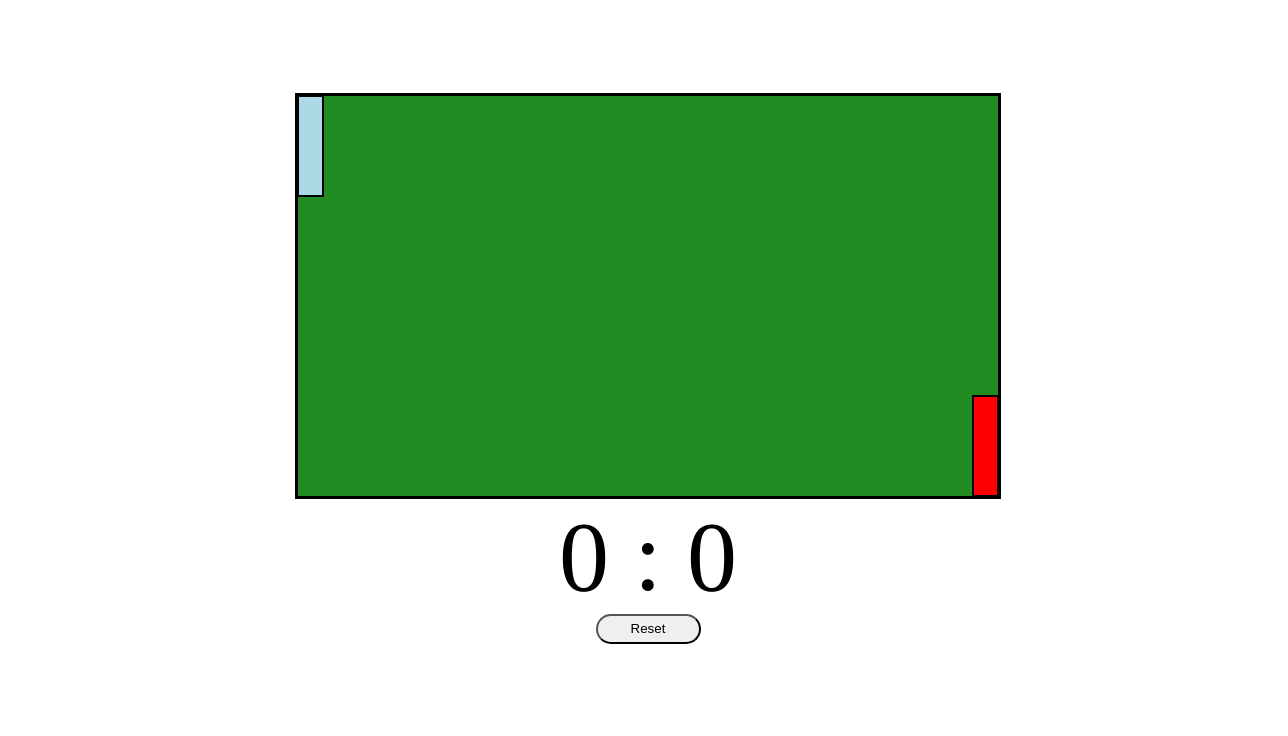
Repository: zacheys123/ping-pong
Page: index.html
An editor plug-in stored every save of this project. The page is shown before and after the next save, followed by the edit.
The browser window is 1280 px wide. The page is 1288 px wide, so the pictures cover 1288 px, including what lies to the right of the window. The pictures show the whole page.

Above is the page before, as saved 2023-07-01 00:23:53.

### index.html
<html lang="en">
	<head>
		<meta charset="UTF-8" />
		<meta http-equiv="X-UA-Compatible" content="IE=edge" />
		<meta
			name="viewport"
			content="width=device-width, initial-scale=1.0"
		/>
		<title>Ping pong</title>
		<link rel="stylesheet" href="style.css" />
	</head>
	<body>
		<div id="gamecontainer">
			<canvas id="gameboard"></canvas>
			<div id="scoretext">0 : 0</div>
			<button id="resetbutton">Reset</button>
		</div>

		<script src="index.js"></script>
	</body>
</html>

### style.css
body {
	display: flex;
	justify-content: center;
	align-items: center;
	position: relative;
	width: 100vw;
	height: 100vh;
	overflow-y: hidden;
}
#gamecontainer {
	position: absolute;
	width: 100%;
	text-align: center;
}
#gameboard {
	border: 3px solid;
}
#scoretext {
	font-family: 'consolas' cursive;
	font-size: 100px;
}
#resetbutton {
	font-family: 'monospace' cursive;
	border-radius: 15px;
	cursor: pointer;
	width: 105px;
	height: 30px;
}

### index.js
const canvas = document.querySelector('#gameboard');
const ctx = canvas.getContext('2d');
const scoreText = document.querySelector('#scoretext');
canvas.width = 700;
canvas.height = 400;
const gamewidth = canvas.width;
const gameheight = canvas.height;
const resetbutton = document.querySelector('#resetbutton');
const paddle1color = 'lightblue';
const paddle2color = 'red';
const gameColor = 'forestgreen';
const paddleBorder = 'black';
const ballcolor = 'yellow';
const ballborder = 'black';
const ballradius = 12.5;
const paddlespeed = 50;

let intervalId = 0;
let ballspeed = 1;
let ballX = gamewidth / 2;
let ballY = gameheight / 2;
let ballXdirection = 0;
let ballYdirection = 0;
let player1core = 0;
let player2core = 0;
let paddle1 = { width: 25, height: 100, x: 0, y: 0 };
let paddle2 = {
	width: 25,
	height: 100,
	x: gamewidth - 25,
	y: gameheight - 100,
};

addEventListener('keydown', changeDirections, true);
resetbutton.addEventListener('click', reset, true);

gameStart();

function gameStart() {
	createBall();
	nextTick();
}
function nextTick() {
	intervalId = setTimeout(function () {
		clearBoard();
		drawPaddles();

		moveBall();
		drawBall(ballX, ballY);
		checkCollision();
		nextTick();
	}, 76);
}
function drawBall(ballX, ballY) {
	ctx.fillStyle = ballcolor;

	ctx.strokeStyle = ballborder;
	ctx.lineWidth = 2;
	ctx.beginPath();
	ctx.arc(ballX, ballY, ballradius, 0, 2 * Math.PI);
	ctx.stroke();
	ctx.fill();
}
function clearBoard() {
	ctx.fillStyle = gameColor;
	ctx.fillRect(0, 0, gamewidth, gameheight);
}
function changeDirections(event) {
	const keyPressed = event.keyCode;
	const paddle1Up = 87;
	const paddle1Down = 83;
	const paddle2Up = 38;
	const paddle2Down = 40;
	switch (keyPressed) {
		case paddle1Up:
			if (paddle1.y > 0) paddle1.y -= paddlespeed;
			break;
		case paddle1Down:
			if (paddle1.y + paddle1.height < gameheight)
				paddle1.y += paddlespeed;
			break;
		case paddle2Up:
			if (paddle2.y > 0) paddle2.y -= paddlespeed;
			break;
		case paddle2Down:
			if (paddle2.y + paddle2.height < gameheight)
				paddle2.y += paddlespeed;
			break;
	}
}
function createBall() {
	ballspeed = 11;
	if (Math.round(Math.random()) === 1) {
		ballXdirection = 1;
	} else {
		ballXdirection = -1;
	}
	if (Math.round(Math.random()) === 1) {
		ballYdirection = 1;
	} else {
		ballYdirection = -1;
	}
	ballX = gamewidth / 2;
	ballY = gameheight / 2;
	drawBall(ballX, ballY);
}
function moveBall() {
	ballX += ballspeed * ballXdirection;
	ballY += ballspeed * ballYdirection;
}
function checkCollision() {
	if (ballY - ballradius <= 0) {
		ballYdirection *= -1;
	}
	if (ballY + ballradius >= gameheight) {
		ballYdirection *= -1;
	}
	if (ballX + ballradius >= gamewidth) {
		ballXdirection *= -1;
	}
}
function drawPaddles() {
	ctx.strokeStyle = paddleBorder;
	ctx.fillStyle = paddle1color;
	ctx.fillRect(paddle1.x, paddle1.y, paddle1.width, paddle1.height);
	ctx.strokeRect(paddle1.x, paddle1.y, paddle1.width, paddle1.height);
	ctx.fillStyle = paddle2color;
	ctx.fillRect(paddle2.x, paddle2.y, paddle2.width, paddle2.height);
	ctx.strokeRect(paddle2.x, paddle2.y, paddle2.width, paddle2.height);
}
function updateScore() {}
function reset() {}

After the next save:
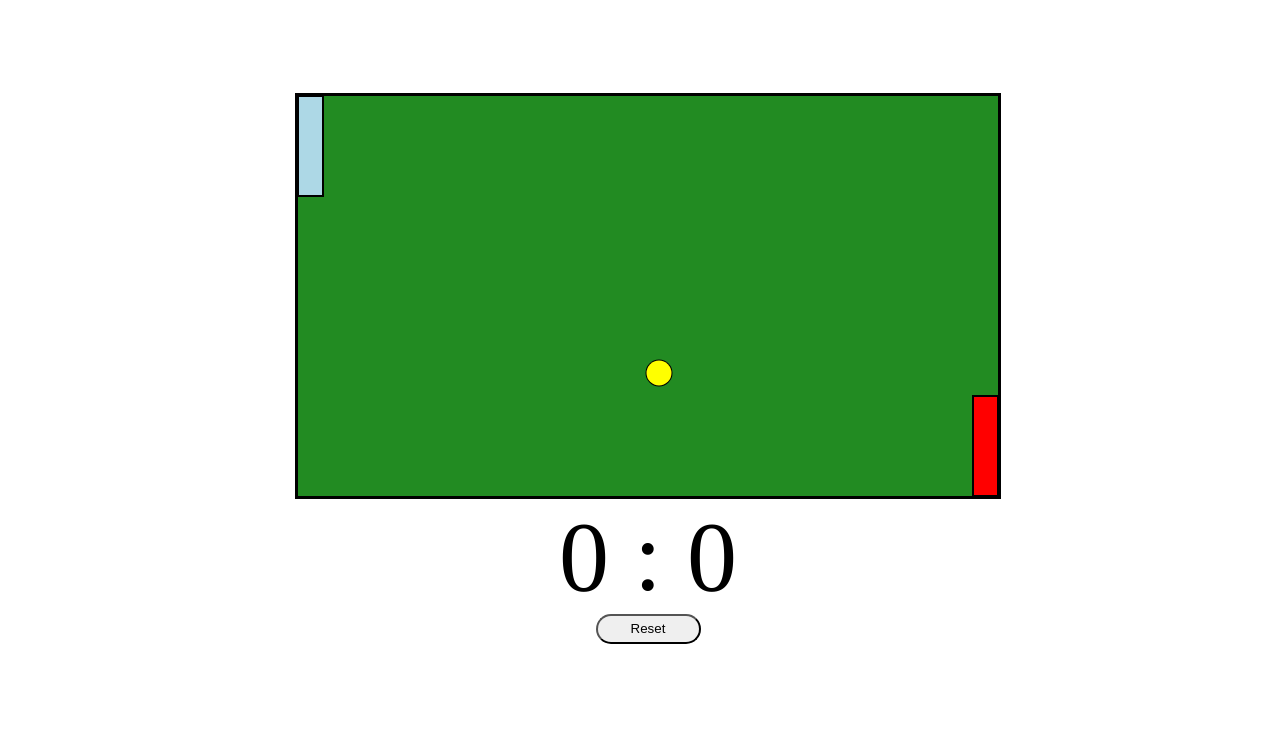
Saved 24 s later.
--- a/index.js
+++ b/index.js
@@ -118,6 +118,9 @@
 	if (ballX + ballradius >= gamewidth) {
 		ballXdirection *= -1;
 	}
+	if (ballX < 0) {
+		ballXdirection *= -1;
+	}
 }
 function drawPaddles() {
 	ctx.strokeStyle = paddleBorder;

After the 3 saves that followed:
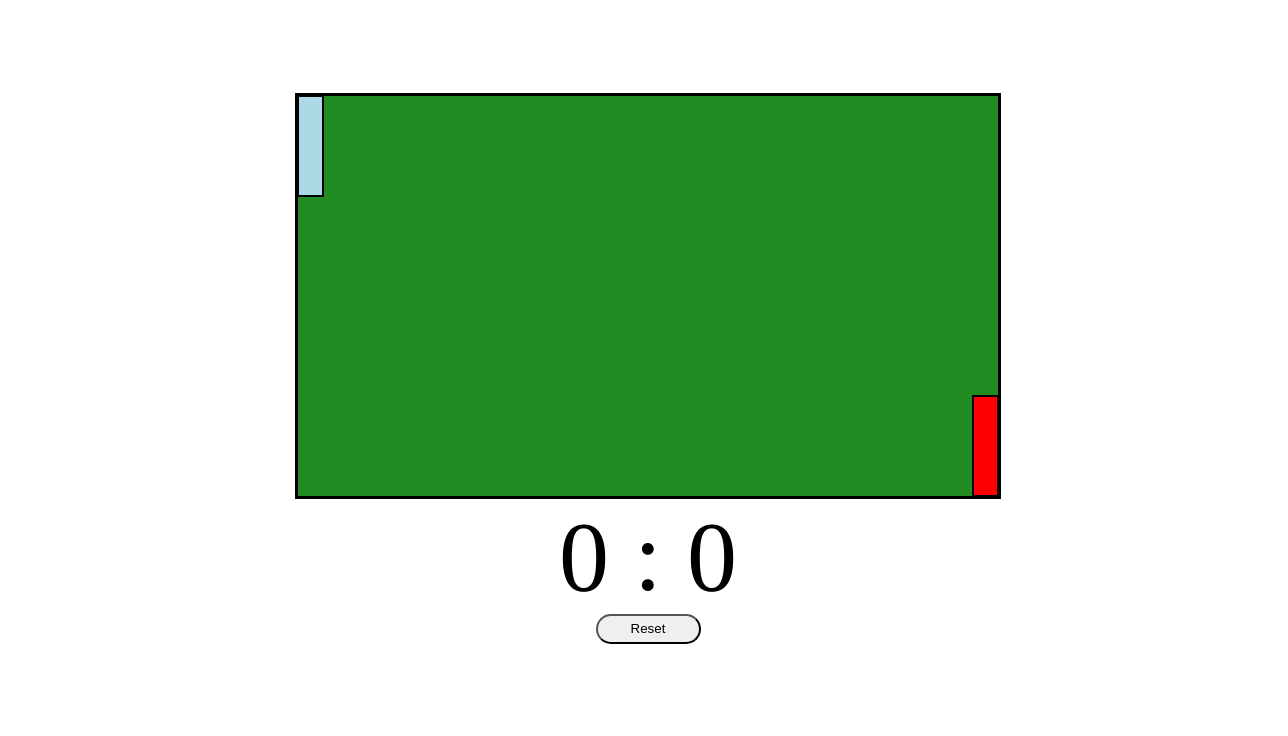
The 3 saves are shown as one change because 2 left the picture as it was.
The last was saved 3 min 26 s later.
--- a/index.js
+++ b/index.js
@@ -115,11 +115,9 @@
 	if (ballY + ballradius >= gameheight) {
 		ballYdirection *= -1;
 	}
-	if (ballX + ballradius >= gamewidth) {
-		ballXdirection *= -1;
-	}
-	if (ballX < 0) {
-		ballXdirection *= -1;
+
+	if (ballX <= 0) {
+		player2core += 1;
 	}
 }
 function drawPaddles() {
